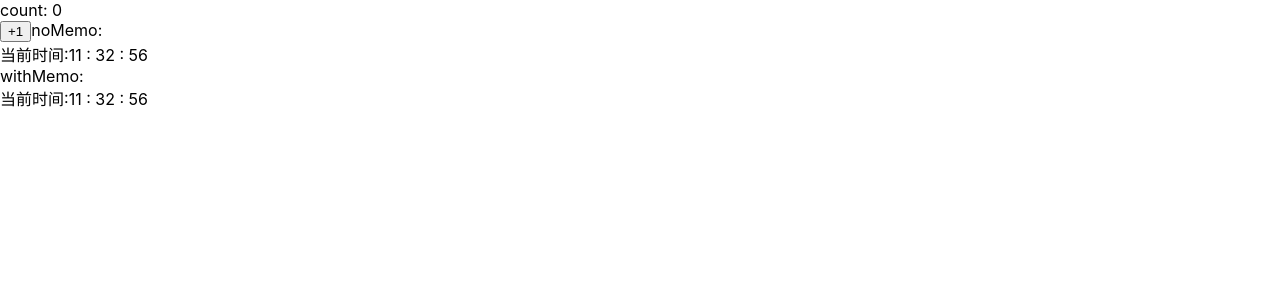
Repository: AprilChou4/cra-demo
Page: / (app in demo7-react生命周期/)
These files come from the project's save history. The page is drawn as it stood at one moment and after the next save; the edit follows.
The browser window is 1280 px wide. The pictures show the whole page.
The project was rebuilt for these pictures with package versions that can differ from the ones it lists, and the page was loaded fresh each time.

Above is the page before, as saved 2021-02-25 17:04:39.

After the next save:
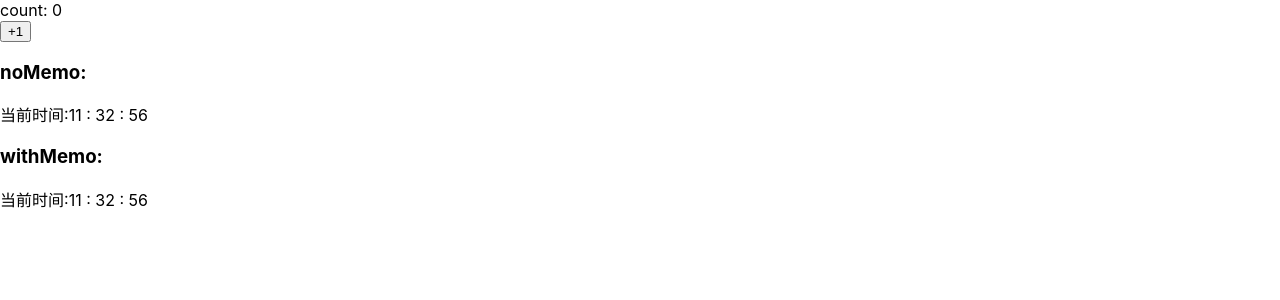
Saved 32 s later.
--- a/demo7-react生命周期/src/component/ReactMemo/index.jsx
+++ b/demo7-react生命周期/src/component/ReactMemo/index.jsx
@@ -28,8 +28,8 @@ const Parent = () => {
       <button onClick={() => {
         setCount(count + 1)
       }}>+1</button>
-      noMemo: <Child />
-      withMemo:<Child1/>
+      <h3>noMemo:</h3> <Child />
+      <h3>withMemo:</h3><Child1/>
     </div>
   )
 }
